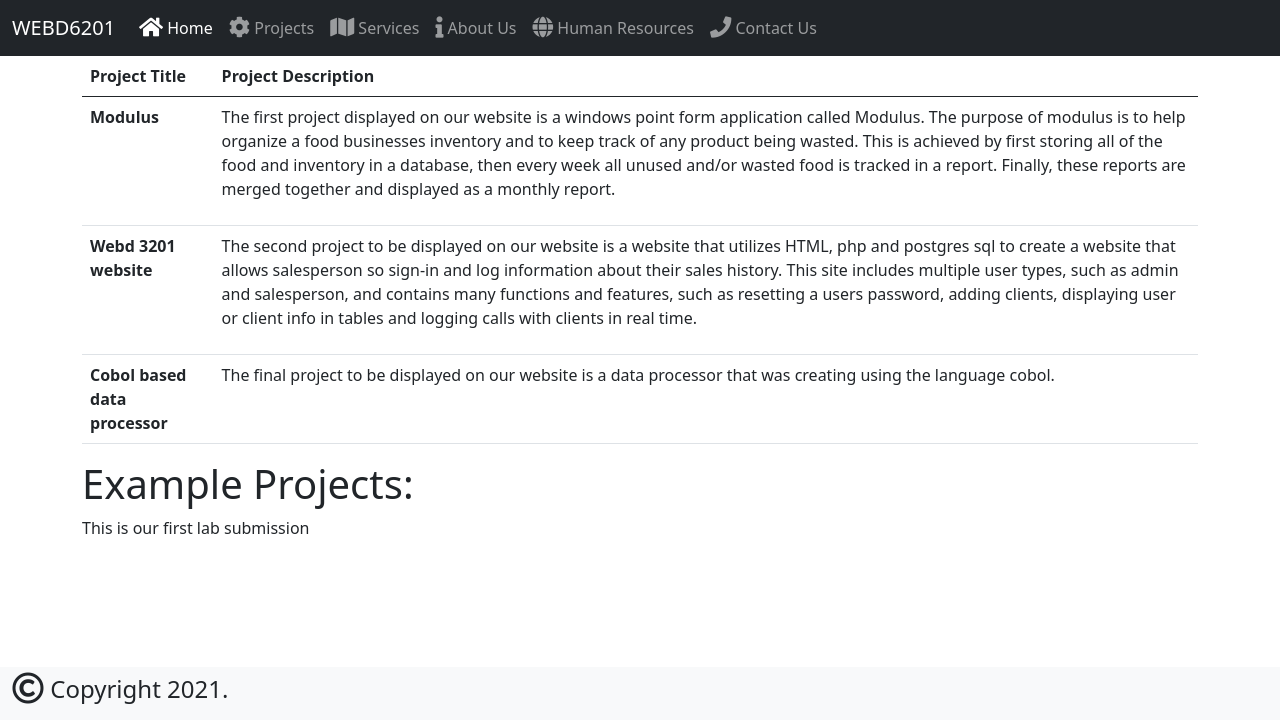
Repository: Sub4Sub/Lab_1
Page: products.html
These files come from the project's save history. The page is drawn as it stood at one moment and after the next save; the edit follows.
The browser window is 1280 px wide. The pictures show the whole page.

Above is the page before, as saved 2021-02-05 16:32:24.

After the next save:
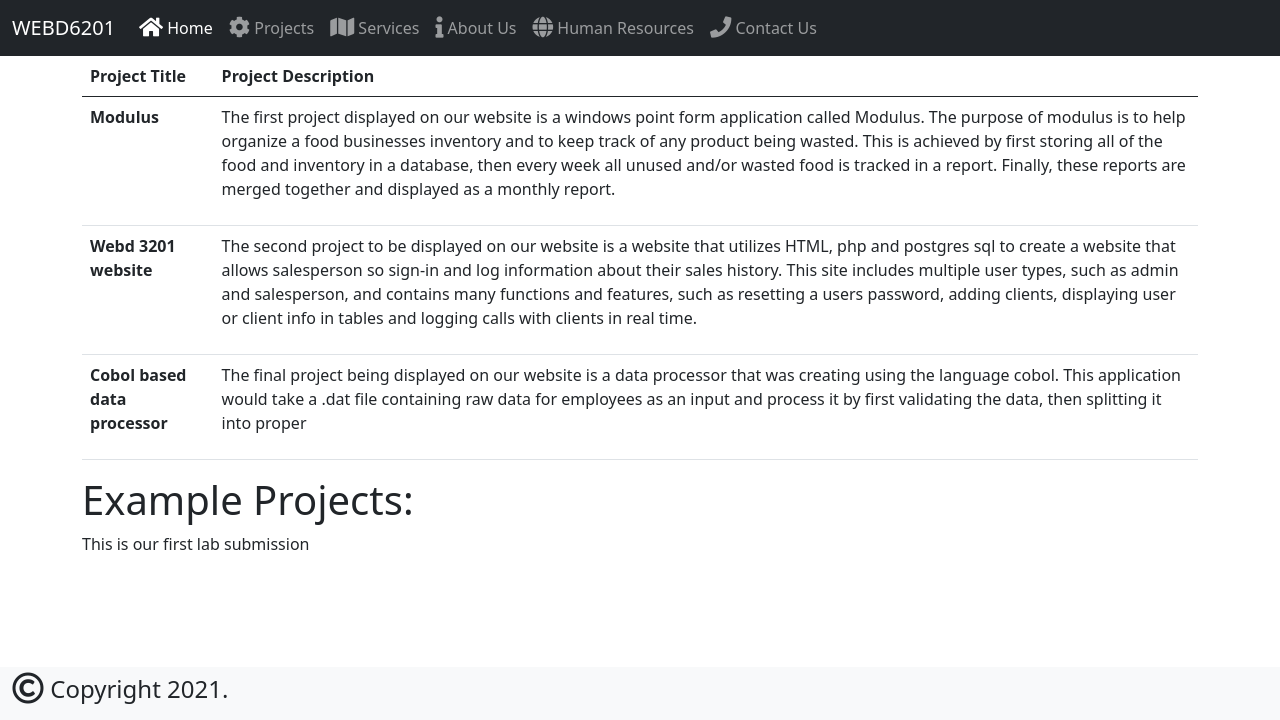
Saved 13 min 34 s later.
--- a/products.html
+++ b/products.html
@@ -48,7 +48,9 @@
             <th scope="row">Cobol based data processor</th>
             <td>
               <p>
-                The final project to be displayed on our website is a data processor that was creating using the language cobol.
+                The final project being displayed on our website is a data processor that was creating using the language cobol. This application
+                would take a .dat file containing raw data for employees as an input and process it by first validating the data, then
+                splitting it into proper
               </p>
             </td>
           </tr>
